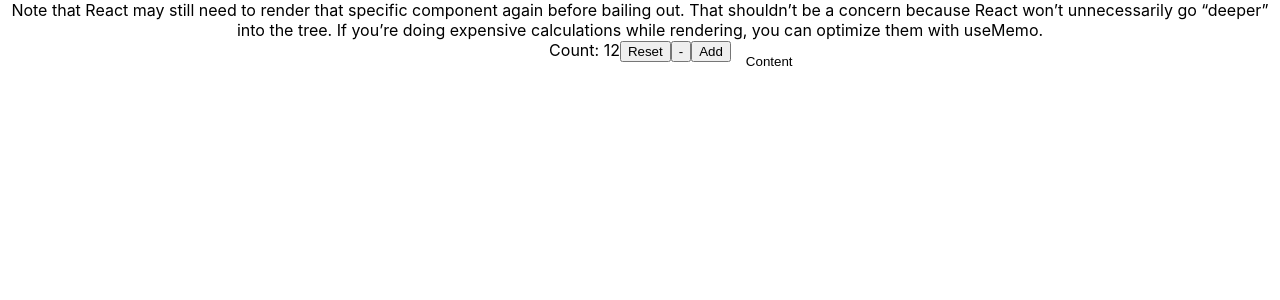
Repository: Farbod29/React-text-highlighter-with-hook-
Page: /
The author's editor kept a copy of each file at every save. The page is drawn from the files as they stood at one save, then again after the next save.
The browser window is 1280 px wide. The pictures show the whole page.
The project was rebuilt for these pictures with package versions that can differ from the ones it lists, and the page was loaded fresh each time.

Above is the page before, as saved 2022-02-18 20:51:38.

After the next save:
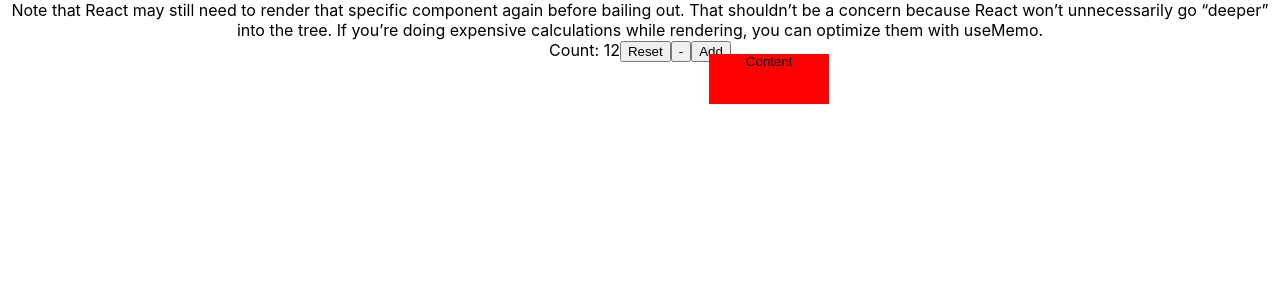
Saved 6 s later.
--- a/src/highlighter.js
+++ b/src/highlighter.js
@@ -27,7 +27,7 @@ export default function Highlighter() {
             height: '50px',
             width: '100px',
             margin: '10px',
-            backgroundColor: '#gF3FFF',
+            backgroundColor: 'red',
           }}
         >
           Content
